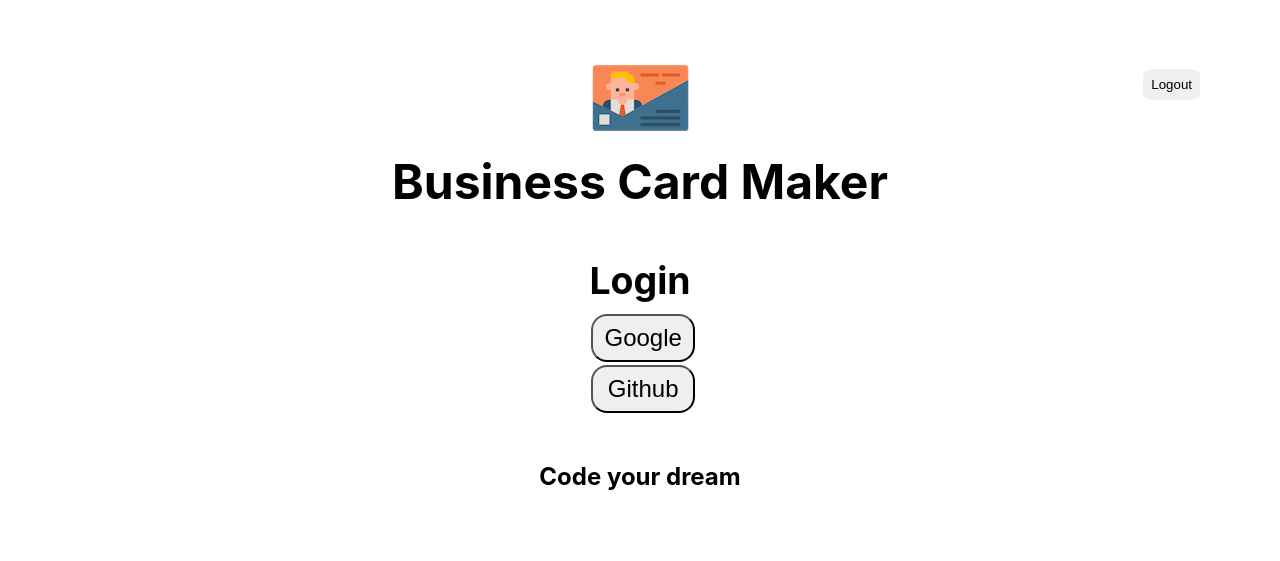
Repository: gomgomigom/firebase_practice_card_maker
Page: /
These files come from the project's save history. The page is drawn as it stood at one moment and after the next save; the edit follows.
The browser window is 1280 px wide. The pictures show the whole page.
The page's requests for data from a server got no answer. The project was rebuilt for these pictures with package versions that can differ from the ones it lists, and the page was loaded fresh each time. No one was signed in, and anything a server would have sent is missing.

Above is the page before, as saved 2022-01-21 14:15:50.

After the next save:
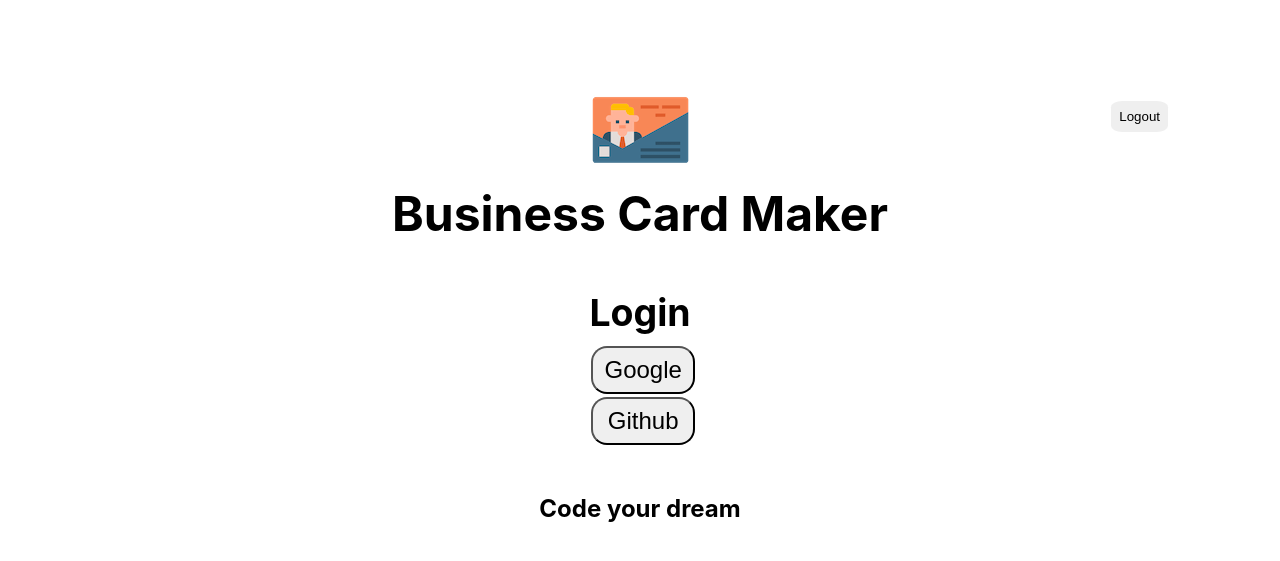
Saved 21 s later.
--- a/src/components/login/login.module.css
+++ b/src/components/login/login.module.css
@@ -8,7 +8,7 @@
   align-items: center;
   justify-content: center;
   background-color: makerGrey;
-  padding: 2rem;
+  padding: 4rem;
 }
 
 .loginList {
